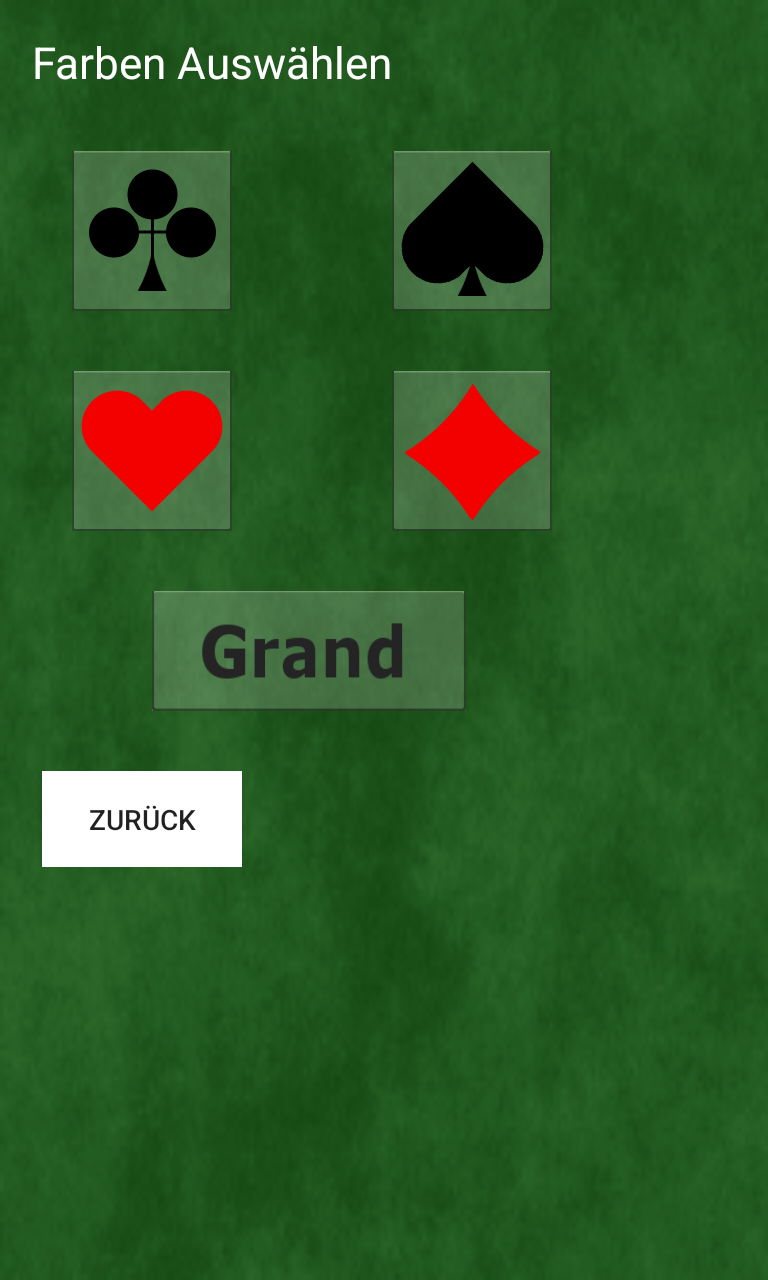
Repository: razinanu/InSy-Skat
Layout: InSy-Skat/res/layout/fragment_farben_auswahl.xml
These files come from the project's save history. The layout is drawn as it stood at one moment and after the next save; the edit follows.
It is drawn on a 768 x 1280 px phone screen (xhdpi) without system bars, with theme AppThemeWithoutActionBarTitle; the app's code is not run.

Above is the layout before, as saved 2014-06-21 10:58:11.

After the next save:
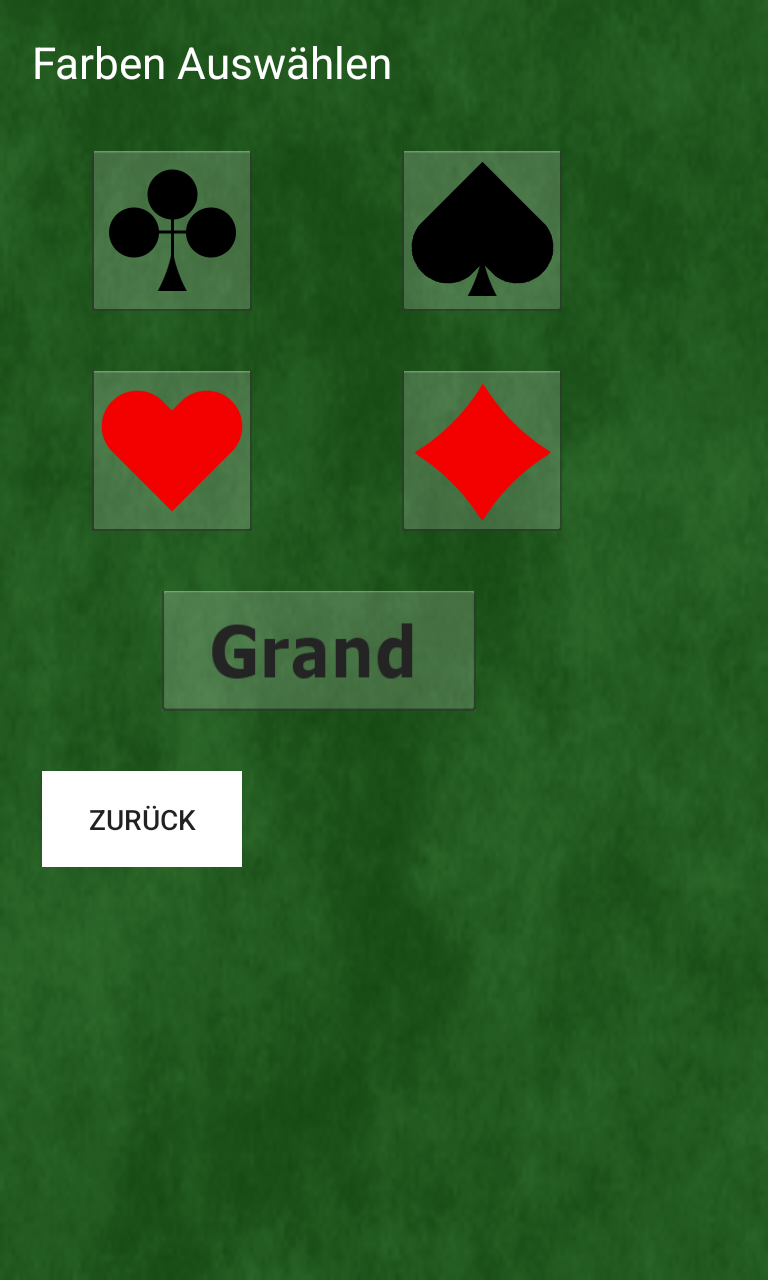
Saved 3 min 43 s later.
--- a/InSy-Skat/res/layout/fragment_farben_auswahl.xml
+++ b/InSy-Skat/res/layout/fragment_farben_auswahl.xml
@@ -33,7 +33,7 @@
              android:layout_height="80dp"
              android:layout_gravity="left"
              android:onClick="resultKruezActivity"
-             android:layout_marginLeft="20dp"
+             android:layout_marginLeft="30dp"
              android:background="@drawable/kreuzsymbol"/>
 
 
@@ -41,7 +41,8 @@
              android:id="@+id/pikSymbol"
              android:layout_width="80dp"
              android:layout_height="80dp"
-              android:layout_marginLeft="80dp"
+              android:onClick="resultPikActivity"
+              android:layout_marginLeft="75dp"
              android:background="@drawable/piksymbol" />
 
      </LinearLayout>
@@ -54,14 +55,16 @@
              android:id="@+id/herzSymbol"
              android:layout_width="80dp"
              android:layout_height="80dp"
-              android:layout_marginLeft="20dp"
+              android:layout_marginLeft="30dp"
+              android:onClick="resultHerzActivity"
              android:background="@drawable/herzsymbol" />
 
          <Button
              android:id="@+id/karoSymbol"
              android:layout_width="80dp"
              android:layout_height="80dp"
-             android:layout_marginLeft="80dp"
+             android:layout_marginLeft="75dp"
+             android:onClick="resultKaroActivity"
              android:background="@drawable/karosymbol" />
 
 
@@ -70,8 +73,9 @@
          android:id="@+id/grandBtn"
          android:layout_width="157dp"
          android:layout_height="60dp"
-         android:layout_marginLeft="60dp"
+         android:layout_marginLeft="65dp"
          android:layout_marginTop="30dp"
+         android:onClick="resultGrandActivity"
          android:background="@drawable/grand" />
 
     <Button
